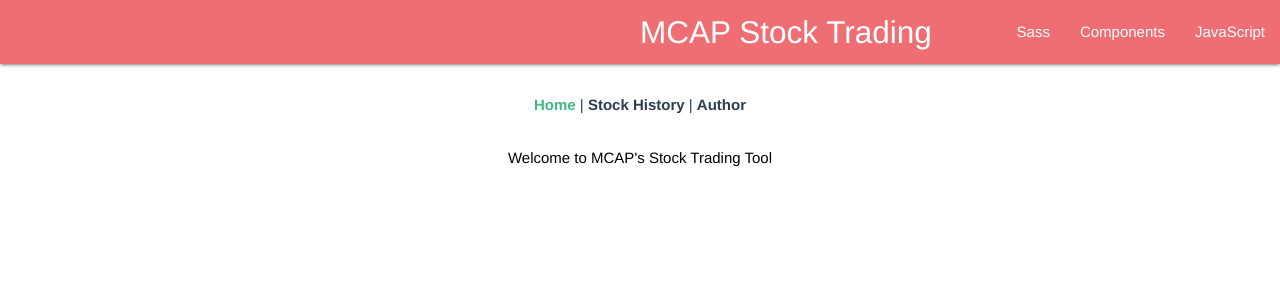
Repository: pandyarudra/stock-symbol-app
Page: /
The author's editor kept a copy of each file at every save. The page is drawn from the files as they stood at one save, then again after the next save.
The browser window is 1280 px wide. The pictures show the whole page.
The project was rebuilt for these pictures with package versions that can differ from the ones it lists, and the page was loaded fresh each time.

Above is the page before, as saved 2020-09-14 21:33:10.

After the next save:
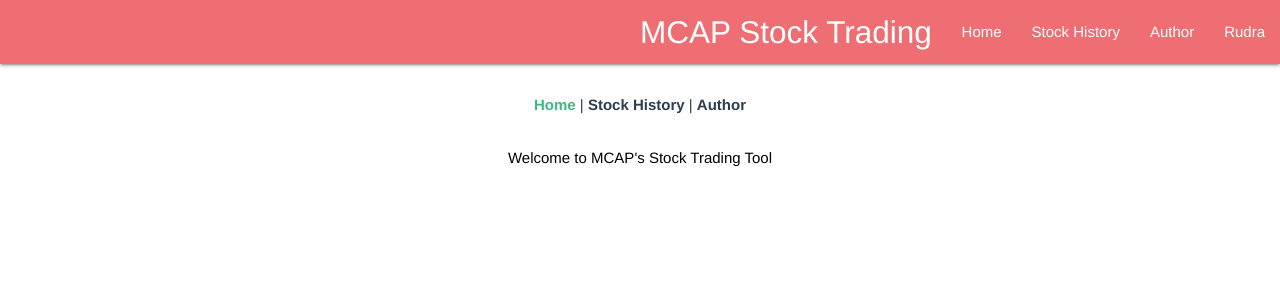
Saved 61 s later.
--- a/src/components/TopNav.vue
+++ b/src/components/TopNav.vue
@@ -3,9 +3,10 @@
     <div class="nav-wrapper">
       <a href="#" class="brand-logo">MCAP Stock Trading</a>
       <ul id="nav-mobile" class="right hide-on-med-and-down">
-        <li><a href="sass.html">Sass</a></li>
-        <li><a href="badges.html">Components</a></li>
-        <li><a href="collapsible.html">JavaScript</a></li>
+        <li><a href="sass.html">Home</a></li>
+        <li><a href="badges.html">Stock History</a></li>
+        <li><a href="collapsible.html">Author</a></li>
+        <li><a href="">Rudra</a></li>
       </ul>
     </div>
   </nav>
